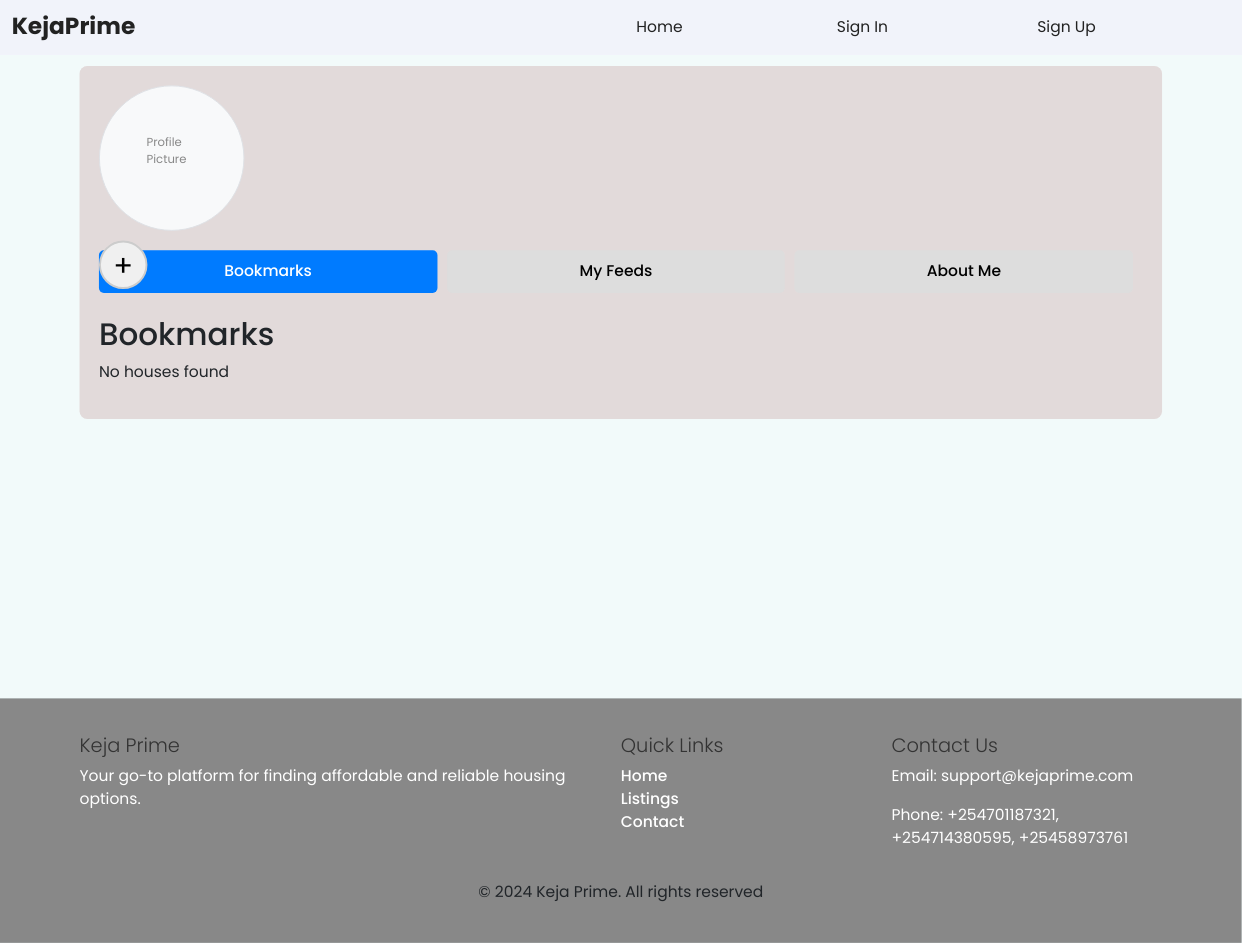
Repository: Pascal7601/kejaPrime
Page: /profile (app in frontend/)
The author's editor kept a copy of each file at every save. The page is drawn from the files as they stood at one save, then again after the next save.
The browser window is 1280 px wide. The pictures show the whole page, at 97% of full size.
The page's requests for data from a server got no answer. The project was rebuilt for these pictures with package versions that can differ from the ones it lists, and the page was loaded fresh each time. No one was signed in, and anything a server would have sent is missing. Also part of the build but not shown: frontend/vite.config.js, frontend/src/styles/HeroSection.css, frontend/src/components/HeroSection.jsx, frontend/src/pages/Home.jsx, frontend/src/components/Houses.jsx, frontend/src/pages/Listings.jsx, frontend/src/styles/PostHouse.css, frontend/src/pages/PostHouse.jsx and 10 more.

Above is the page before, as saved 2024-10-22 12:25:35.

After the next save:
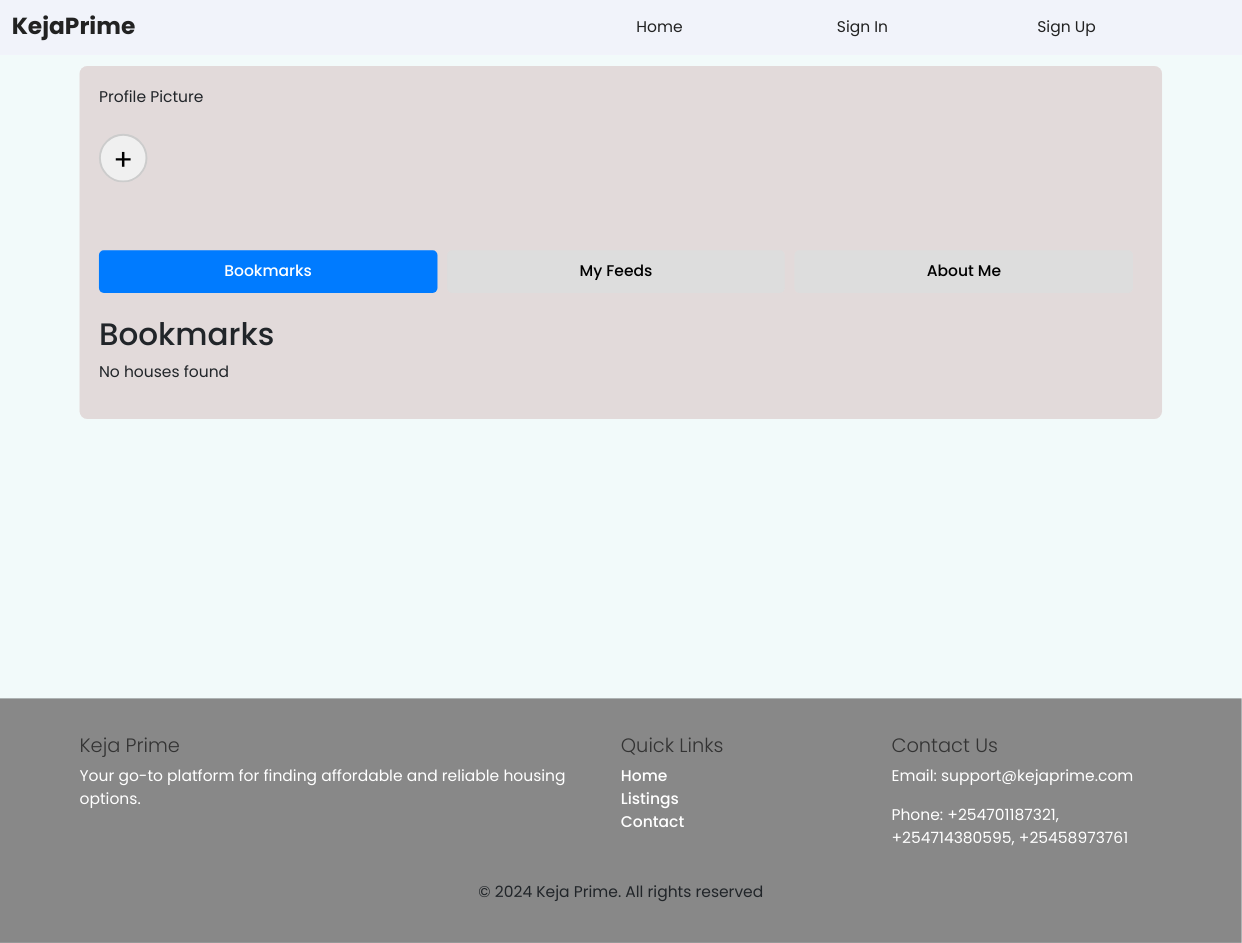
Saved 96 s later.
--- a/frontend/src/components/Profile.jsx
+++ b/frontend/src/components/Profile.jsx
@@ -209,7 +209,7 @@ function Profile() {
               {preview ? (
                 <img src={preview} alt="Profile Preview" className="img-fluid rounded-circle profile-picture" />
               ) : (
-                <div className='profile-picture-placeholder border rounded-circle p-5 bg-light'>
+                <div className='placeholder-circle'>
                   <p>Profile Picture</p>
                 </div>
               )}
